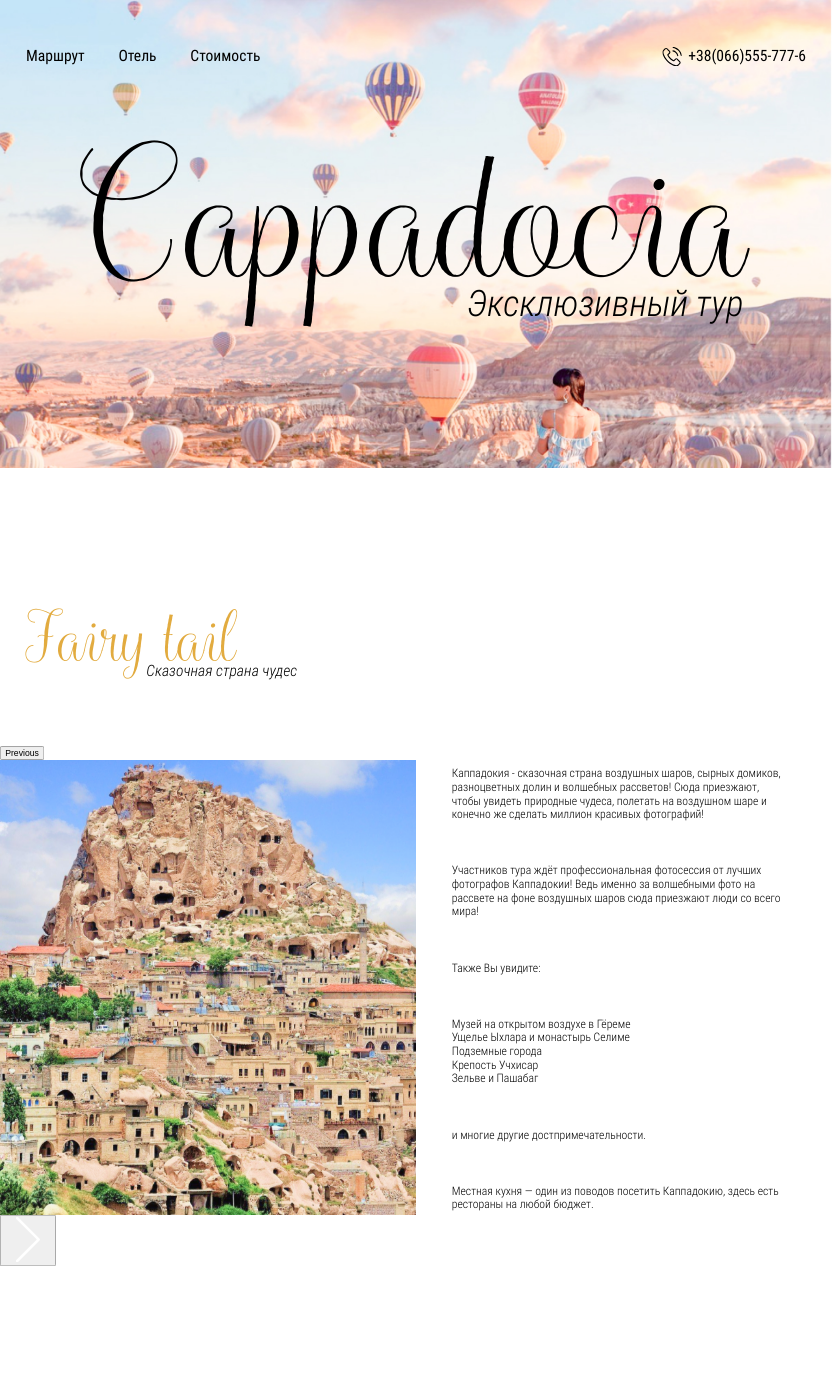
Repository: Lareeman/cappadocia
Page: index.html
An editor plug-in stored every save of this project. The page is shown before and after the next save, followed by the edit.
The browser window is 1280 px wide. The pictures show the whole page, at 65% of full size.

Above is the page before, as saved 2024-01-27 13:06:45.

### index.html
<!DOCTYPE html>
<html lang="en">

<head>
  <meta charset="UTF-8">
  <meta name="viewport" content="width=device-width, initial-scale=1.0">
  <meta http-equiv="X-UA-Compatible" content="ie=edge">
  <title>Cappadocia</title>
  <link rel="stylesheet" href="css/reset.css">
  <link rel="stylesheet" href="css/slick.css">
  <link rel="stylesheet" href="css/style.css">
</head>

<body>
  <header class="header">
    <div class="container">
      <div class="header__top">
        <nav class="menu">
          <ul class="menu__list">
            <li class="menu__item"><a class="menu__link" href="#">Маршрут</a></li>
            <li class="menu__item"><a class="menu__link" href="#">Отель</a></li>
            <li class="menu__item"><a class="menu__link" href="#">Стоимость</a></li>
          </ul>
        </nav>
        <a class="header__phone" href="tel:+380665557776">+38(066)555-777-6</a>
      </div>
      <h1 class="header__title">Cappadocia<span>Эксклюзивный тур</span></h1>
    </div>
  </header>
  <section class="fairy page-section">
    <div class="container">
      <h3 class="fairy__title title">Fairy tail
        <span>Сказочная страна чудес</span>
      </h3>
    </div>
    <div class="fairy__inner">
      <div class="fairy__slider">
        <div class="fairy__item"><img src="images/fairy-1.jpg" alt=""></div>
        <div class="fairy__item"><img src="images/fairy-2.jpg" alt=""></div>
        <div class="fairy__item"><img src="images/fairy-3.jpg" alt=""></div>
      </div>
      <div class="fairy__content">
        <div class="fairy__container">
          <div class="fairy__body">
            <p class="fairy__text">
              Каппадокия - сказочная страна воздушных шаров, сырных домиков, разноцветных долин и волшебных рассветов!
              Сюда приезжают, чтобы увидеть природные чудеса, полетать на воздушном шаре и конечно же сделать миллион красивых фотографий!
            </p>
            <p class="fairy__text">
              Участников тура ждёт профессиональная фотосессия от лучших фотографов Каппадокии!
              Ведь именно за волшебными фото на рассвете на фоне воздушных шаров сюда приезжают люди со всего мира!
            </p>
            <div class="fairy__body-title">
              Также Вы увидите:
            </div>
            <ul class="fairy__list">
              <li>Музей на открытом воздухе в Гёреме</li>
              <li>Ущелье Ыхлара и монастырь Селиме</li>
              <li>Подземные города</li>
              <li>Крепость Учхисар</li>
              <li>Зельве и Пашабаг</li>
            </ul>
            <p class="fairy__text">и многие другие достпримечательности.</p>
            <p class="fairy__text">Местная кухня — один из поводов посетить Каппадокию, здесь есть рестораны на любой бюджет.</p>
          </div>
        </div>
      </div>
    </div>
  </section>



  <script src="https://ajax.googleapis.com/ajax/libs/jquery/3.4.1/jquery.min.js"></script>
  <script src="js/slick.min.js"></script>
  <script src="js/main.js"></script>
</body>

</html>

### css/style.css
:root {
  --black: #000;
  --gold: #E2AB3F;
}

@font-face {
  font-family: 'Balqis';
  src: url('../fonts/balqis.woff2');
  src: url('../fonts/balqis.woff2') format('woff2'),
    url('../fonts/balqis.woff') format('woff');

  font-style: normal;
  font-weight: 300;
  font-display: swap;
}

@font-face {
  font-family: 'RobotoCondensed-Light';
  src: url('../fonts/RobotoCondensed-Light.woff2');
  src: url('../fonts/RobotoCondensed-Light.woff2') format('woff2'),
    url('../fonts/RobotoCondensed-Light.woff') format('woff');


  font-style: normal;
  font-weight: 300;
  font-display: swap;
}

@font-face {
  font-family: 'RobotoCondensed-LightItalic';
  src: url('../fonts/RobotoCondensed-LightItalic.woff2');
  src: url('../fonts/RobotoCondensed-LightItalic.woff2') format('woff2'),
    url('../fonts/RobotoCondensed-LightItalic.woff') format('woff');
  font-style: italic;
  font-weight: 300;
  font-display: swap;
}

@font-face {
  font-family: 'RobotoCondensed-Regular';
  src: url('../fonts/RobotoCondensed-Regular.woff2');
  src: url('../fonts/RobotoCondensed-Regular.woff2') format('woff2'),
    url('../fonts/RobotoCondensed-Regular.woff') format('woff');


  font-style: 400;
  font-weight: 300;
  font-display: swap;
}

html {
  box-sizing: border-box;
}

*,
*::before,
*::after {
  box-sizing: inherit;
}

a {
  text-decoration: none;
  color: inherit;
}

ul {
  list-style-type: none;
}

body {
  color: var(--black);
  font-family: 'RobotoCondensed-Light';
  font-size: 18px;
  font-style: normal;
  font-weight: 300;
  line-height: normal;
}

.header {
  background-image: url("../images/header-bg.jpg");
  background-size: cover;
  background-repeat: no-repeat;
  background-position: bottom center;
  min-height: 100vh;
  margin-bottom: 200px;
}

.container {
  max-width: 1230px;
  padding: 0 15px;
  margin: 0 auto;
}

.page-section {
  margin-bottom: 200px;
}

.title {
  color: var(--gold);
  font-family: Balqis;
  font-size: 96px;
  font-weight: 400;
  margin-bottom: 100px;
}

.title span {
  line-height: 28px;
  font-size: 24px;
  color: var(--black);
  font-family: 'RobotoCondensed-LightItalic';
  display: block;
  margin-top: -30px;
  margin-left: 185px;
}

.header__top {
  padding: 72px 0;
  display: flex;
  justify-content: space-between;
  align-items: center;
  font-size: 24px;
  font-weight: 400;
  font-family: 'RobotoCondensed-Regular';
}

.menu__list {
  display: flex;
  gap: 0 52px;
}

.menu__link {
  transition: all .6s;
}

.menu__link:hover {
  text-decoration: underline;
  /* border-bottom: 1px solid var(--black); */
}

.header__title {
  text-align: center;
  color: var(--black);
  font-family: "Balqis", serif;
  font-size: 250px;
  font-weight: 400;
}

.header__title span {
  text-align: right;
  margin-top: -6%;
  margin-right: 8%;
  display: block;
  font-family: 'RobotoCondensed-LightItalic';
  font-size: 56px;
  font-style: italic;
  font-weight: 300;
}

.header__phone {
  padding-left: 40px;
  position: relative;
}

.header__phone::before {
  content: "";
  position: absolute;
  width: 30px;
  height: 30px;
  left: 0;
  background-image: url('../images/phone-icon.svg');
}

.fairy {}


.fairy__title {}

.fairy__inner {
  display: flex;
  gap: 0 55px;
}

.fairy__slider {
  width: 50%;
}

.fairy__item {}

.fairy__content {
  width: 40%;
}

.fairy__container {}

.fairy__body {
  min-height: 750px;
  display: flex;
  flex-direction: column;
  justify-content: space-around;
  align-items: flex-start;

}

.fairy__text {

}

.fairy__body-title {

  font-weight: 400;
}

.fairy__list {

}

### js/main.js
$(function () {
    $('.fairy__slider').slick({
        slidesToShow: 1,
        slidesToScroll: 1,
        autoplay: true,
        autoplaySpeed: 2000,

        prevArrow: '<button type="button" class="slick-prev">Previous</button>',
        nextArrow: '<button type="button" class="slick-prev"> <img src="images/arrow-next.svg" alt=""></button>',

    });
});

Loaded but not shown: css/reset.css (common file); css/slick.css (common file); js/slick.min.js (library)

After the next save:
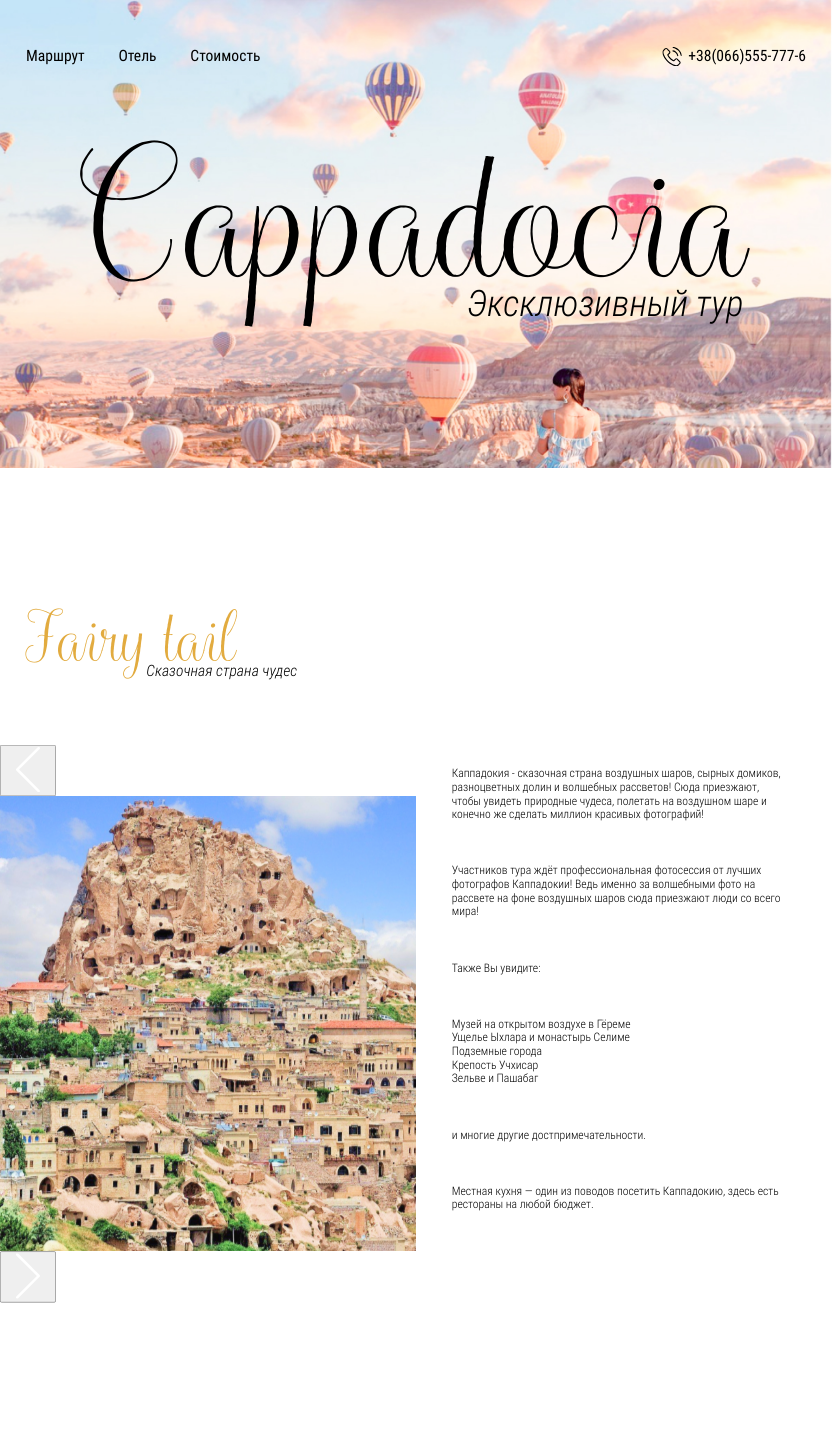
Saved 2 s later.
--- a/js/main.js
+++ b/js/main.js
@@ -5,7 +5,7 @@ $(function () {
         autoplay: true,
         autoplaySpeed: 2000,
 
-        prevArrow: '<button type="button" class="slick-prev">Previous</button>',
+        prevArrow: '<button type="button" class="slick-prev"><img src="images/arrow-prev.svg" alt=""></button>',
         nextArrow: '<button type="button" class="slick-prev"> <img src="images/arrow-next.svg" alt=""></button>',
 
     });
